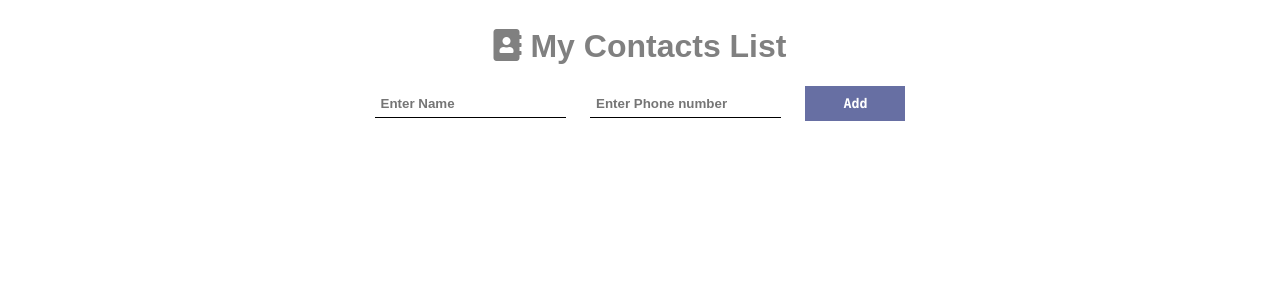
Repository: Sayan-100/Contact-List
Page: http://localhost/
An editor plug-in stored every save of this project. The page is shown before and after the next save, followed by the edit.
The browser window is 1280 px wide. The pictures show the whole page.
Some web libraries are served in a nearby version. The page is served by the project's Node server (index.js). Other server files are loaded and not shown. Queries for data that is not in the repository find no rows.

Above is the page before, as saved 2022-01-09 21:56:45.

### views/home.ejs
<html>

<head>
    <title>
        <%=locals.title%>
    </title>

    <link rel="stylesheet" href="https://use.fontawesome.com/releases/v5.5.0/css/all.css" integrity="sha384-B4dIYHKNBt8Bc12p+WXckhzcICo0wtJAoU8YZTY5qE0Id1GSseTk6S+L3BlXeVIU" crossorigin="anonymous">

    <!-- our css should below all the style so that we can override -->
    <link rel="stylesheet" href="/css/home.css">

</head>

<body>
    <h1 id="page-heading">
        <i class="fas fa-address-book "></i> My Contacts List
    </h1>
    <div id="contact-list-container">
        <ul>
            <% for(let i of contact_list) {%>
                <li class="contact">
                    <div class="details-name">
                        <p>
                            <%= i.name %>
                        </p>
                    </div>
                    <div class="details-contact-number delete-button">

                        <div>
                            <p>
                                <%= i.phone %>
                            </p>
                        </div>

                        <div>
                            <a href="/delete-contact/?id=<%=i._id%>">
                                <i class="fas fa-window-close"></i>
                            </a>
                        </div>
                    </div>
                </li>
                <% } %>
        </ul>
    </div>

    <form id="new-contact-form" action="/create_contact" method="POST">
        <input type="text" name="name" required placeholder="Enter Name">
        <input type="number" name="phone" required placeholder="Enter Phone number">

        <button type="submit">Add</button>

    </form>

    <script type="text/javascript" src="/js/home.js">
    </script>

</body>

</html>

### index.js
const express = require('express');
const path = require('path');
const port = 8000;

const db = require('./config/mongoose');
const Contact = require('./models/contact');

const app = express();


app.set('view engine', 'ejs');
app.set('views', path.join(__dirname, 'views'));
app.use(express.urlencoded());
app.use(express.static('assets'));

//middleware 1
// app.use(function(req, res, next) {
//     req.myName = "Sayan";
//     // console.log("middleware 1 called");
//     next();
// })

//middleware 2
// app.use(function(req, res, next) {
//     console.log('My name from middleware 2', req.myName);
//     next();
// })

// var contactList = [{
//         name: "Arapan sir",
//         phone: "1111111111"
//     },

//     {
//         name: "Coding Ninjas",
//         phone: "2111222222"
//     },

//     {
//         name: "Sayan",
//         phone: "4444444444"
//     }

// ];


app.get('/', function(req, res) {
    // console.log(__dirname);
    // res.send('<h1>cool, it is running or is it?</h1>');
    //return

    // console.log("from the get route", req.myName);

    Contact.find({}, function(err, contacts) {
        if (err) {
            console.log('Error in fetching contact list from db');
            return;
        }

        return res.render('home', {
            title: "My contacts list",
            contact_list: contacts
        });

    });


    // return res.render('home', {
    //     title: "My contacts list",
    //     contact_list: contactList
    // });

});

app.get('/practice', function(req, res) {
    return res.render('practice', {
        title: "Let us play with ejs"
    });
});

app.get('/delete-contact', function(req, res) {
    //console.log(req.query);
    //let phone = req.query.phone;
    let id = req.query.id;
    Contact.findByIdAndDelete(id, function(err) {
        if (err) {
            console.log('error in deleting a object form database');
            return;
        }

        return res.redirect('back');
    });
    // let contactIndex = contactList.findIndex(contact => contact.phone == phone);

    // if (contactIndex != -1) {
    //     contactList.splice(contactIndex, 1);
    // }

    // return res.redirect('back');
});

app.get('/', function(req, res) {

});


app.post('/create_contact', function(req, res) {
    // return res.redirect('/practice');
    // contactList.push({
    //     name: req.body.name,
    //     phone: req.body.phone
    // });
    // contactList.push(req.body);
    Contact.create({
        name: req.body.name,
        phone: req.body.phone
    }, function(err, newContact) {
        if (err) {
            console.log('error in creating a contact!');
            return;
        }

        console.log('*********', newContact);
        return res.redirect('back');

    });

    // return res.redirect('/');
    // return res.redirect('back');
});

app.listen(port, function(err) {

    if (err) {
        console.log('Error in running Server');
    }

    console.log('Yup. My express server is running on port', port);
});

### assets/css/home.css
    body {
        margin: 0;
        font-family: sans-serif;
        text-align: center;
    }

    #page-heading {
        text-align: center;
        margin-top: 25px;
        color: grey;
    }

    li {
        list-style: none;
        display: flex;
        justify-content: space-between;
        width: 90%;
        background-color: #FABB51;
        margin-bottom: 5px;
        font-weight: 600;
        overflow: hidden;
        color: white;
        font-family: monaco;
    }

    li:hover {
        background-color: #FFAB76;
    }

    input {
        margin-right: 20px;
        padding: 6px;
        border: transparent;
        border-bottom: 1px solid black;
        font-family: sans-serif;
        font-weight: 700;
    }

    button {
        padding: 6px;
        width: 100px;
        height: 35px;
        background-color: #676FA3;
        font-family: monaco;
        font-weight: 600;
        color: white;
        border: none;
    }

    button:hover {
        background-color: #A3E4DB
    }

    p {
        display: inline-block;
        padding-left: 2rem;
        padding-right: 5rem;
    }

    .details-contact-number {
        display: flex;
        justify-content: space-evenly;
    }

    i {
        margin-top: 4px;
    }

Loaded but not shown: assets/js/home.js (common file)

After the next save:
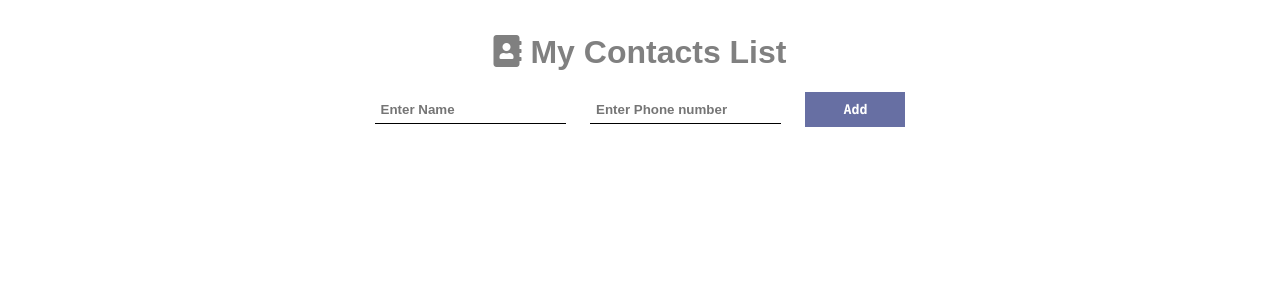
Saved 10 s later.
--- a/assets/css/home.css
+++ b/assets/css/home.css
@@ -63,5 +63,5 @@
     }
 
     i {
-        margin-top: 4px;
+        margin-top: 10px;
     }
